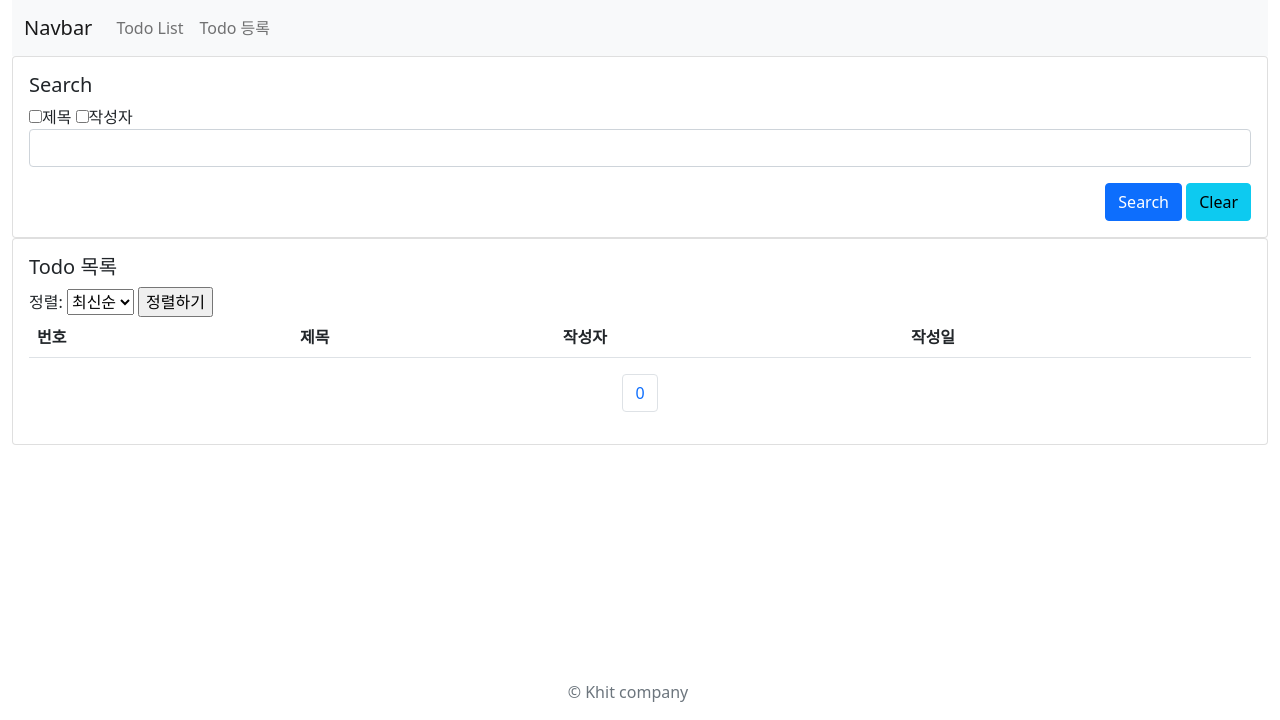
Repository: KyoungHwanJeong/springworks
Page: http://localhost/todoweb/WEB-INF/views/todo/pagelist.jsp
These files come from the project's save history. The page is drawn as it stood at one moment and after the next save; the edit follows.
The browser window is 1280 px wide. The pictures show the whole page.
The page is served by Tomcat 9. Nobody is signed in. Other server files are loaded and not shown. The template is opened directly, without the code that normally fills it, so the values that code supplies are empty.

Above is the page before, as saved 2024-01-10 01:13:09.
Console error: SyntaxError: Unexpected token '-'

### todoweb/src/main/webapp/WEB-INF/views/todo/pagelist.jsp
<%@ page language="java" contentType="text/html; charset=UTF-8"
    pageEncoding="UTF-8"%>
<%@ taglib uri="http://java.sun.com/jsp/jstl/core" prefix="c" %>
<%@ taglib uri="http://java.sun.com/jsp/jstl/fmt" prefix="fmt" %>

<!DOCTYPE html>
<html>
<head>
<meta charset="UTF-8">
<title>Todo 목록</title>
</head>
<body>
	<div class="container-fluid">
		<jsp:include page="../layout/header.jsp" />
		<!-- 검색 영역 -->
		<div class="row content">
			<div class="col">
				<div class="card">
					<div class="card-body">
						<h5 class="card-title">Search</h5>
						<form action="/todo/paging" method="get">
							<div class="mb-3">
								<input type="checkbox" name="types" value="t"
									${pageRequestDTO.checkType('t') ? 'checked' : '' }>제목
								<input type="checkbox" name="types" value="w"
									${pageRequestDTO.checkType('w') ? 'checked' : '' }>작성자
								<input type="text" name="keyword" class="form-control"
									value=${pageRequestDTO.keyword}>
							</div>
							<div class="mb-3">
								<div class="float-end">
									<button type="submit" class="btn btn-primary">Search</button>
									<button type="reset" class="btn btn-info">Clear</button>
								</div>
							</div>
						</form>
					</div>
				</div>
			</div>
		</div>

		<!-- 본문 영역 -->
		<div class="row content">
			<div class="col">
				<div class="card">
					<div class="card-body">
						<h5 class="card-title">Todo 목록</h5>
							<form action="/todo/list_sort" method="get" class="list_sort">
								<div>
								<label>정렬: </label>
								<select class="sort">
									<option type="text" name="sort" value="recent">최신순</option>
									<option type="text" name="sort" value="popular">제목순</option>
								</select>
								<input type="submit" value="정렬하기">
								</div>
							</form>
						<table class="table">
							<thead>
								<tr>
									<th>번호</th><th>제목</th><th>작성자</th><th>작성일</th>
								</tr>
							</thead>
							<tbody>
								<c:forEach items="${responseDTO.dtoList}" var="todo">
								<tr>
									<td>${todo.tno}</td>
									<td><a href="/todo?tno=${todo.tno}&page=${responseDTO.page}">${todo.title}</a></td>
									<td>${todo.writer}</td>
									<td><fmt:formatDate value="${todo.createdDate}" pattern="yyyy년  MM월 dd일 HH:mm:ss" /></td>
								</tr>
								</c:forEach>
							</tbody>

						</table>

						<!-- 페이징 처리 -->
						<div class ="d-flex justify-content-center">
							<ul class="pagination flex-wrap">
								<!-- 이전 페이지 -->
								<c:if test="${responseDTO.prev}">
									<li class="page-item">
										<a class="page-link" href="/todo/paging?page=${responseDTO.startPage-1}">Previous</a>
									</li>
								</c:if>

								<!-- 페이지 번호 -->
								<c:forEach var="num" begin="${responseDTO.startPage}" end="${responseDTO.endPage}">
									<li class="page-item ${responseDTO.page eq num ? 'active' : '' }" >
										<a href="/todo/paging?page=${num}" class="page-link">${num}</a>
									</li>
								</c:forEach>

								<!-- 다음 페이지 -->
								<c:if test="${responseDTO.next}">
									<li class="page-item">
										<a class="page-link" href="/todo/paging?page=${responseDTO.endPage+1}">Next</a>
									</li>
								</c:if>
							</ul>
						</div><!-- 페이징 처리 -->
					</div>
				</div>
			</div>
		</div>	<!-- 본문 영역 닫기 -->
		<jsp:include page="../layout/footer.jsp"></jsp:include>
	</div>
	<script>
		//검색 조건 초기화
		let btn-Clear = document.querySelector(".btnClear");

		btnClear.addEventListener("click", function(){
			location.href = "/todo/paging";
		});

	</script>
</body>
</html>

### todoweb/src/main/webapp/WEB-INF/views/layout/header.jsp
<%@ page language="java" contentType="text/html; charset=UTF-8"
    pageEncoding="UTF-8"%>
<%@ taglib uri="http://java.sun.com/jsp/jstl/core" prefix="c" %>
<link href="https://cdn.jsdelivr.net/npm/bootstrap@5.1.3/dist/css/bootstrap.min.css" rel="stylesheet" integrity="sha384-1BmE4kWBq78iYhFldvKuhfTAU6auU8tT94WrHftjDbrCEXSU1oBoqyl2QvZ6jIW3" crossorigin="anonymous">
<script src="https://cdn.jsdelivr.net/npm/bootstrap@5.1.3/dist/js/bootstrap.bundle.min.js" integrity="sha384-ka7Sk0Gln4gmtz2MlQnikT1wXgYsOg+OMhuP+IlRH9sENBO0LRn5q+8nbTov4+1p" crossorigin="anonymous"></script>
<header>
<nav class="navbar navbar-expand-lg navbar-light bg-light">
  <div class="container-fluid">
    <a class="navbar-brand" href="/">Navbar</a>
    <button class="navbar-toggler" type="button" data-bs-toggle="collapse" data-bs-target="#navbarSupportedContent" aria-controls="navbarSupportedContent" aria-expanded="false" aria-label="Toggle navigation">
      <span class="navbar-toggler-icon"></span>
    </button>
    <div class="collapse navbar-collapse" id="navbarSupportedContent">
      <ul class="navbar-nav me-auto mb-2 mb-lg-0">
        <li class="nav-item">
          <a class="nav-link" href="/todo/paging">Todo List</a>
        </li>
        <li class="nav-item">
          <a class="nav-link" href="/todo/register">Todo 등록</a>
        </li>
      </ul>
    </div>
  </div>
</nav>

</header>

### todoweb/src/main/webapp/WEB-INF/views/layout/footer.jsp
<%@ page language="java" contentType="text/html; charset=UTF-8"
    pageEncoding="UTF-8"%>
<div class="row footer">
	<div class="row fixed-bottom">
		<footer>
			<p class="text-center text-muted">&copy; Khit company</p>
		</footer>
	</div>
</div>

After the next save:
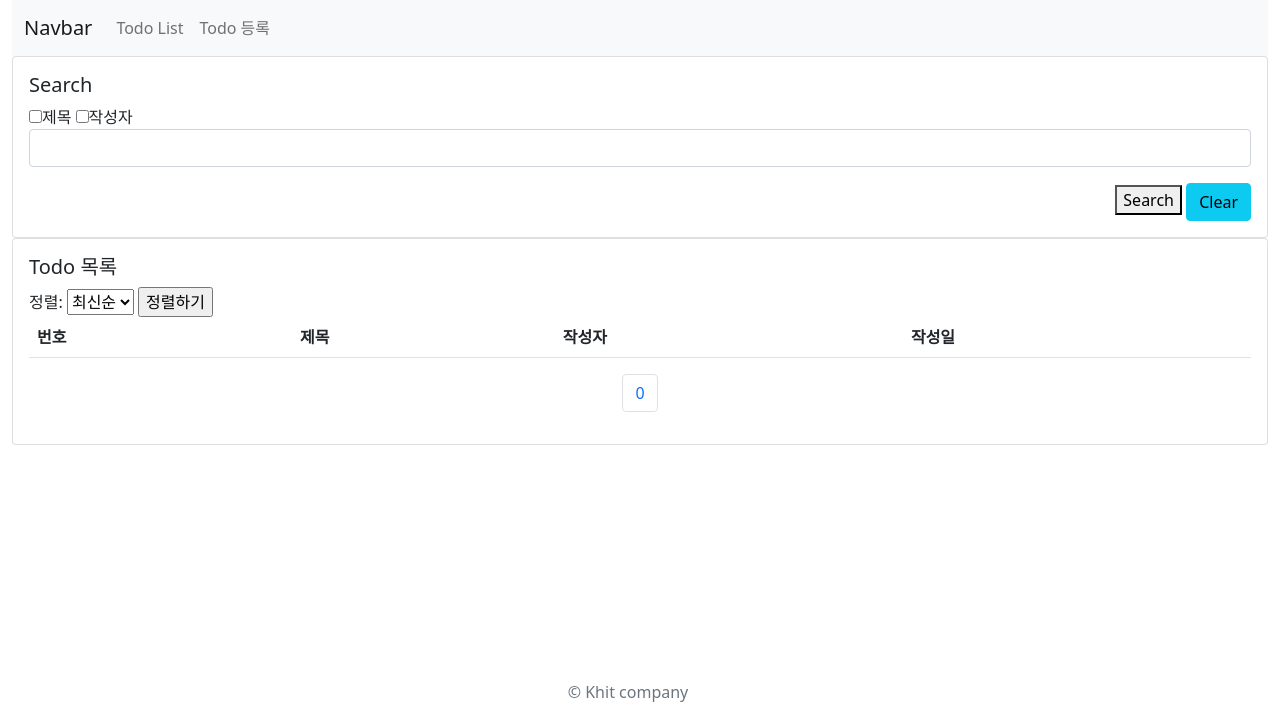
Saved 12 s later.
--- a/todoweb/src/main/webapp/WEB-INF/views/todo/pagelist.jsp
+++ b/todoweb/src/main/webapp/WEB-INF/views/todo/pagelist.jsp
@@ -29,7 +29,7 @@
 							</div>
 							<div class="mb-3">
 								<div class="float-end">
-									<button type="submit" class="btn btn-primary">Search</button>
+									<button class= type="submit" class="btn btn-primary">Search</button>
 									<button type="reset" class="btn btn-info">Clear</button>
 								</div>
 							</div>

After the 2 saves that followed:
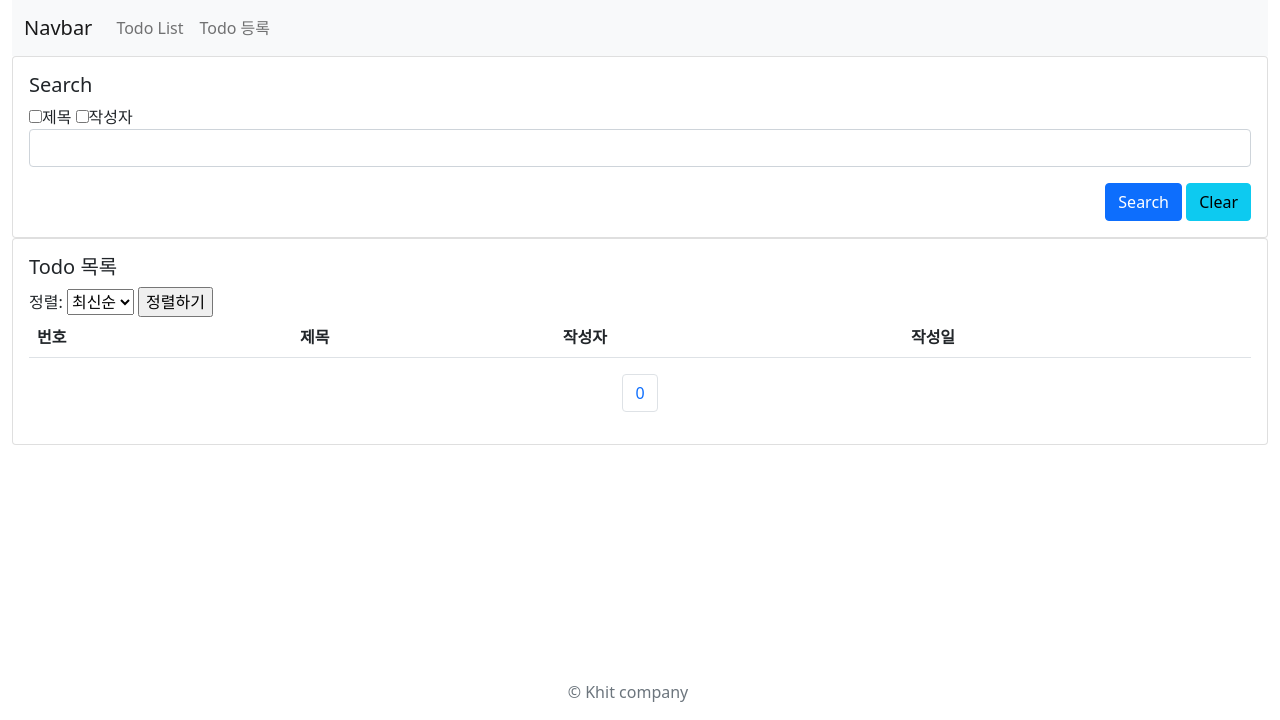
The 2 saves are shown as one change because 1 left the picture as it was.
The last was saved 88 s later.
--- a/todoweb/src/main/webapp/WEB-INF/views/todo/pagelist.jsp
+++ b/todoweb/src/main/webapp/WEB-INF/views/todo/pagelist.jsp
@@ -29,7 +29,7 @@
 							</div>
 							<div class="mb-3">
 								<div class="float-end">
-									<button class= type="submit" class="btn btn-primary">Search</button>
+									<button type="submit" class="btn btn-primary">Search</button>
 									<button type="reset" class="btn btn-info">Clear</button>
 								</div>
 							</div>
